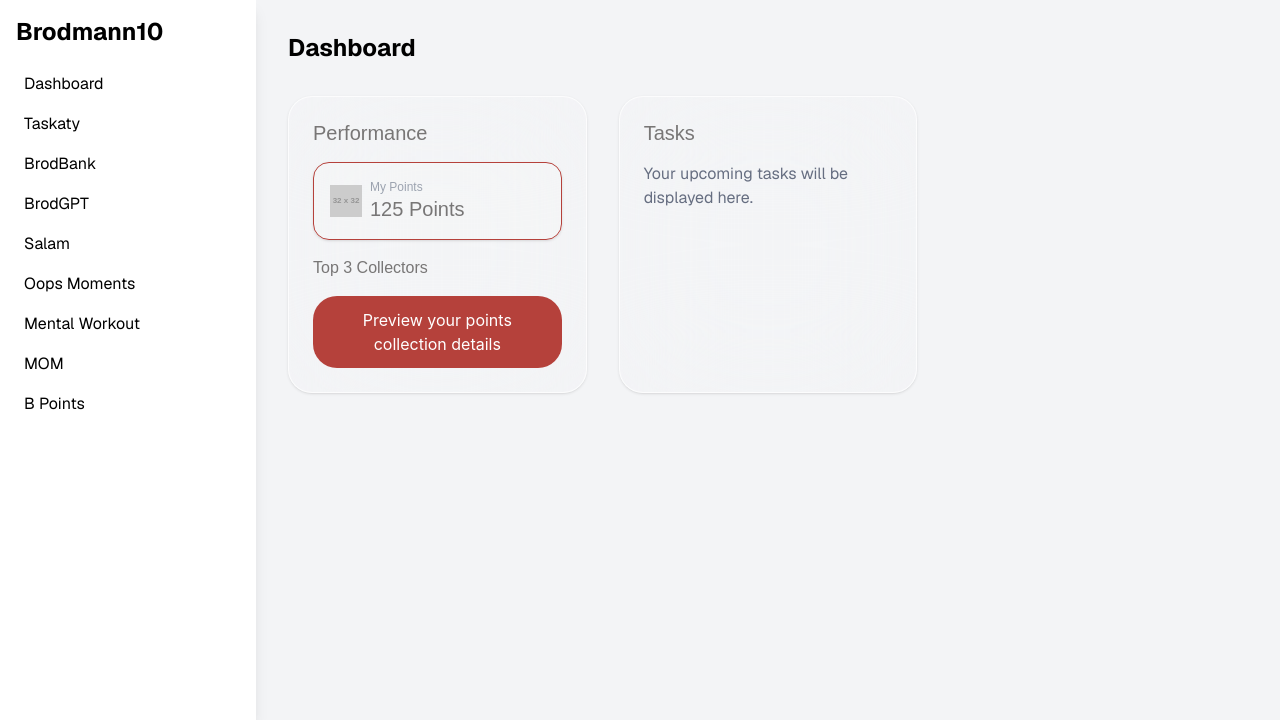
Repository: niirshihab/aetherav14
Page: /dashboard
These files come from the project's save history. The page is drawn as it stood at one moment and after the next save; the edit follows.
The browser window is 1280 px wide. The pictures show the whole page.
The project was rebuilt for these pictures with package versions that can differ from the ones it lists, and the page was loaded fresh each time. Some packages were replaced by stand-ins written for this rebuild. The framework's server and built-in components were replaced by stand-ins that run in the browser. Also part of the build but not shown: next.config.js.

Above is the page before, as saved 2024-07-21 02:04:57.

### app/dashboard/layout.tsx
import { Sidebar } from '@/components/SideNav'

export default function DashboardLayout({
  children,
}: {
  children: React.ReactNode
}) {
  return (
    <div className="flex flex-col lg:flex-row min-h-screen bg-gray-100">
      <Sidebar />
      <main className="flex-1 overflow-y-auto p-4 lg:p-8">{children}</main>
    </div>
  )
}

### app/dashboard/page.tsx
// app/dashboard/page.tsx
import { Widget } from '@/components/Widget'
import { Button } from '@/components/Button'

export default function DashboardPage() {
  return (
    <div className="space-y-8">
      <h1 className="text-2xl font-bold">Dashboard</h1>
      <div className="grid grid-cols-1 md:grid-cols-2 xl:grid-cols-3 gap-8">
        <Widget title="Performance">
          <div className="space-y-4">
            <div className="flex flex-col sm:flex-row gap-4">
              <div className="flex-1 p-4 bg-brod-stone-50/5 rounded-2xl shadow border border-brod-rose-700">
                <div className="flex items-center gap-2">
                  <img className="w-8 h-8" src="https://via.placeholder.com/32x32" alt="User" />
                  <div>
                    <div className="text-gray-400 text-xs font-normal font-abeezee">My Points</div>
                    <div className="text-brod-stone/60 text-xl font-normal font-abeezee">125 Points</div>
                  </div>
                </div>
              </div>
              {/* Add Company's Average section here */}
            </div>
            <div className="flex justify-between items-center">
              <div className="text-brod-stone/60 text-base font-normal font-abeezee">Top 3 Collectors</div>
              {/* Add top 3 collectors images here */}
            </div>
            <Button fullWidth>Preview your points collection details</Button>
          </div>
        </Widget>

        <Widget title="Tasks">
          <p className="text-brod-gray-500">Your upcoming tasks will be displayed here.</p>
        </Widget>

        {/* Add more widgets as needed */}
      </div>
    </div>
  )
}

### app/globals.css
@tailwind base;
@tailwind components;
@tailwind utilities;

:root {
  --foreground: 0 0% 0%;
  --background: 0 0% 100%;
}

@media (prefers-color-scheme: dark) {
  :root {
    --foreground: 0 0% 100%;
    --background: 0 0% 0%;
  }
}

body {
  color: hsl(var(--foreground));
  background: hsl(var(--background));
}

### components/SideNav.tsx
'use client'

import React, { useState } from 'react';
import Link from 'next/link';
import { Menu, X } from 'lucide-react';

const navItems = [
  { name: 'Dashboard', href: '/dashboard', icon: 'dashboard-icon' },
  { name: 'Taskaty', href: '/taskaty', icon: 'taskaty-icon', dropdown: true },
  { name: 'BrodBank', href: '/brodbank', icon: 'brodbank-icon' },
  { name: 'BrodGPT', href: '/brodgpt', icon: 'brodgpt-icon' },
  { name: 'Salam', href: '/salam', icon: 'salam-icon', dropdown: true },
  { name: 'Oops Moments', href: '/oops-moments', icon: 'oops-moments-icon' },
  { name: 'Mental Workout', href: '/mental-workout', icon: 'mental-workout-icon' },
  { name: 'MOM', href: '/mom', icon: 'mom-icon' },
  { name: 'B Points', href: '/b-points', icon: 'b-points-icon' },
];

export const Sidebar: React.FC = () => {
  const [isOpen, setIsOpen] = useState(false);

  return (
    <>
      <button
        className="lg:hidden fixed top-4 left-4 z-20"
        onClick={() => setIsOpen(!isOpen)}
      >
        {isOpen ? <X size={24} /> : <Menu size={24} />}
      </button>
      <div className={`fixed inset-y-0 left-0 transform ${isOpen ? "translate-x-0" : "-translate-x-full"} lg:relative lg:translate-x-0 transition duration-200 ease-in-out lg:flex lg:flex-col w-64 bg-white shadow-lg z-10`}>
        <div className="p-4">
          <h1 className="text-2xl font-bold">Brodmann10</h1>
        </div>
        <nav className="flex-1 overflow-y-auto">
          {navItems.map((item) => (
            <div key={item.name} className="px-4 py-2">
              <Link href={item.href} className="flex items-center space-x-2 text-black hover:text-brod-rose-700">
                <span>{/* Add icon here */}</span>
                <span>{item.name}</span>
              </Link>
            </div>
          ))}
        </nav>
      </div>
    </>
  );
};

### components/Widget.tsx
// components/Widget.tsx
import React from 'react';

interface WidgetProps {
  title: string;
  children: React.ReactNode;
}

export const Widget: React.FC<WidgetProps> = ({ title, children }) => {
  return (
    <div className="w-full bg-brod-stone-50/5 rounded-3xl shadow border border-white/70 backdrop-blur-3xl flex-col justify-center items-start gap-2 p-4 sm:p-6">
      <h2 className="text-brod-stone/60 text-xl font-normal font-abeezee leading-tight mb-4">{title}</h2>
      <div className="w-full">
        {children}
      </div>
    </div>
  );
};

### components/Button.tsx
// components/Button.tsx
import React from 'react';

interface ButtonProps {
  children: React.ReactNode;
  onClick?: () => void;
  fullWidth?: boolean;
}

export const Button: React.FC<ButtonProps> = ({ children, onClick, fullWidth = false }) => {
  return (
    <button
      onClick={onClick}
      className={`${fullWidth ? 'w-full' : 'w-auto'} px-4 sm:px-6 py-2 sm:py-3 bg-brod-rose-700 rounded-3xl flex justify-center items-center text-white text-sm sm:text-base font-normal font-inter leading-normal`}
    >
      {children}
    </button>
  );
};

### tailwind.config.ts
// tailwind.config.js
module.exports = {
  content: [
    './pages/**/*.{js,ts,jsx,tsx,mdx}',
    './components/**/*.{js,ts,jsx,tsx,mdx}',
    './app/**/*.{js,ts,jsx,tsx,mdx}',
  ],
  theme: {
    extend: {
      colors: {
        'brod-black': '#000000',
        'brod-zinc': '#1B1B1B',
        'brod-stone': '#242220',
        'brod-slate': '#334058',
        'brod-gray': {
          400: '#948997',
          500: '#666E81',
        },
        'brod-rose': {
          500: '#F4485D',
          700: '#B5413B',
        },
        'brod-orange': '#EE9849',
        'brod-stone-50': '#FEF9F9',
        foreground: 'hsl(var(--foreground))',
        background: 'hsl(var(--background))',
      },
      fontFamily: {
        'abeezee': ['ABeeZee', 'sans-serif'],
        'inter': ['Inter', 'sans-serif'],
        'poppins': ['Poppins', 'sans-serif'],
        'roboto': ['Roboto', 'sans-serif'],
      },
    },
  },
  plugins: [],
}

### components/TopBar.tsx
'use client'

import React, { useState } from 'react';
import Link from 'next/link';

export const TopBar: React.FC = () => {
  const [isDropdownOpen, setIsDropdownOpen] = useState(false);

  return (
    <div className="w-full bg-white shadow-md">
      <div className="max-w-7xl mx-auto px-4 sm:px-6 lg:px-8">
        <div className="flex justify-between items-center h-16">
          <div className="flex-shrink-0">
            {/* Add your logo or brand name here */}
            <span className="text-xl font-bold">Brodmann10</span>
          </div>
          <div className="ml-4 flex items-center">
            <div className="TopBarLineSeperator w-10 h-px origin-top-left rotate-90 border border-gray-500 hidden sm:block"></div>
            <div className="ml-3 relative">
              <div>
                <button
                  onClick={() => setIsDropdownOpen(!isDropdownOpen)}
                  className="max-w-xs bg-white flex items-center text-sm rounded-full focus:outline-none focus:ring-2 focus:ring-offset-2 focus:ring-brod-rose-700"
                >
                  <img
                    className="h-12 w-12 rounded-full"
                    src="https://via.placeholder.com/49x49"
                    alt="Profile"
                  />
                </button>
              </div>
              {isDropdownOpen && (
                <div className="origin-top-right absolute right-0 mt-2 w-48 rounded-md shadow-lg py-1 bg-white ring-1 ring-black ring-opacity-5 focus:outline-none">
                  <div className="px-4 py-2">
                    <p className="text-sm font-medium text-gray-900">James Smith</p>
                    <p className="text-sm text-gray-500">Graphic Designer</p>
                  </div>
                  <Link href="/settings" className="block px-4 py-2 text-sm text-gray-700 hover:bg-gray-100">Settings</Link>
                  <Link href="/logout" className="block px-4 py-2 text-sm text-gray-700 hover:bg-gray-100">Logout</Link>
                </div>
              )}
            </div>
          </div>
        </div>
      </div>
    </div>
  );
};

Loaded but not shown: app/layout.tsx (common file)

After the next save:
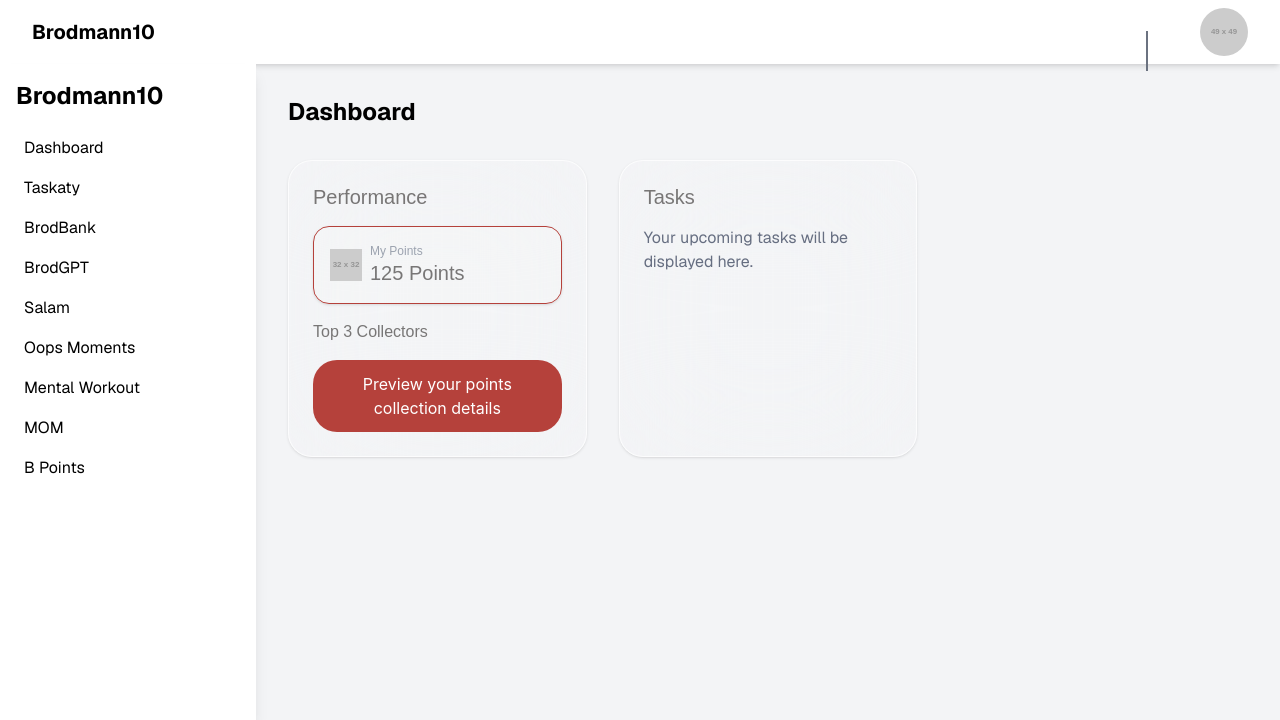
Saved 29 s later.
--- a/app/dashboard/layout.tsx
+++ b/app/dashboard/layout.tsx
@@ -1,4 +1,5 @@
 import { Sidebar } from '@/components/SideNav'
+import { TopBar } from '@/components/TopBar'
 
 export default function DashboardLayout({
   children,
@@ -6,9 +7,12 @@ export default function DashboardLayout({
   children: React.ReactNode
 }) {
   return (
-    <div className="flex flex-col lg:flex-row min-h-screen bg-gray-100">
-      <Sidebar />
-      <main className="flex-1 overflow-y-auto p-4 lg:p-8">{children}</main>
+    <div className="flex flex-col min-h-screen bg-gray-100">
+      <TopBar />
+      <div className="flex flex-1">
+        <Sidebar />
+        <main className="flex-1 overflow-y-auto p-4 lg:p-8">{children}</main>
+      </div>
     </div>
   )
 }
